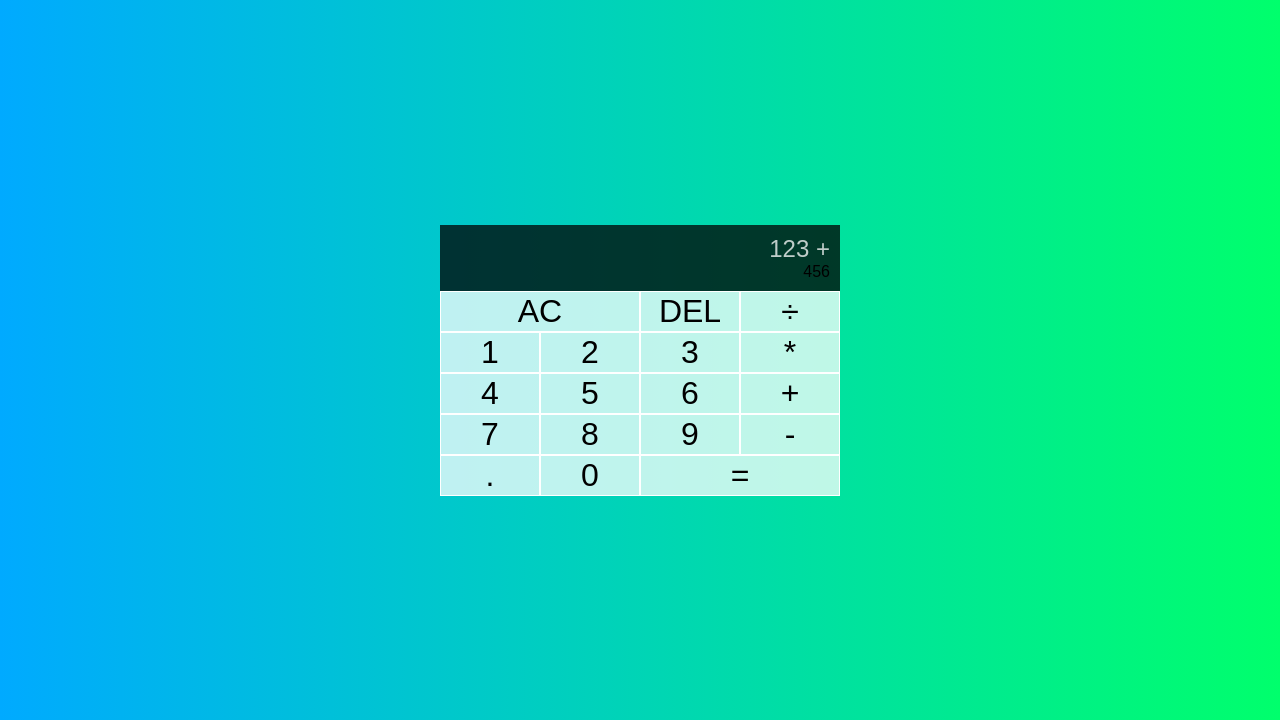
Repository: weazzyefff/Calculator-YT-Tutorial-
Page: index.html
These files come from the project's save history. The page is drawn as it stood at one moment and after the next save; the edit follows.
The browser window is 1280 px wide. The pictures show the whole page.

Above is the page before, as saved 2022-12-23 12:18:49.

After the next save:
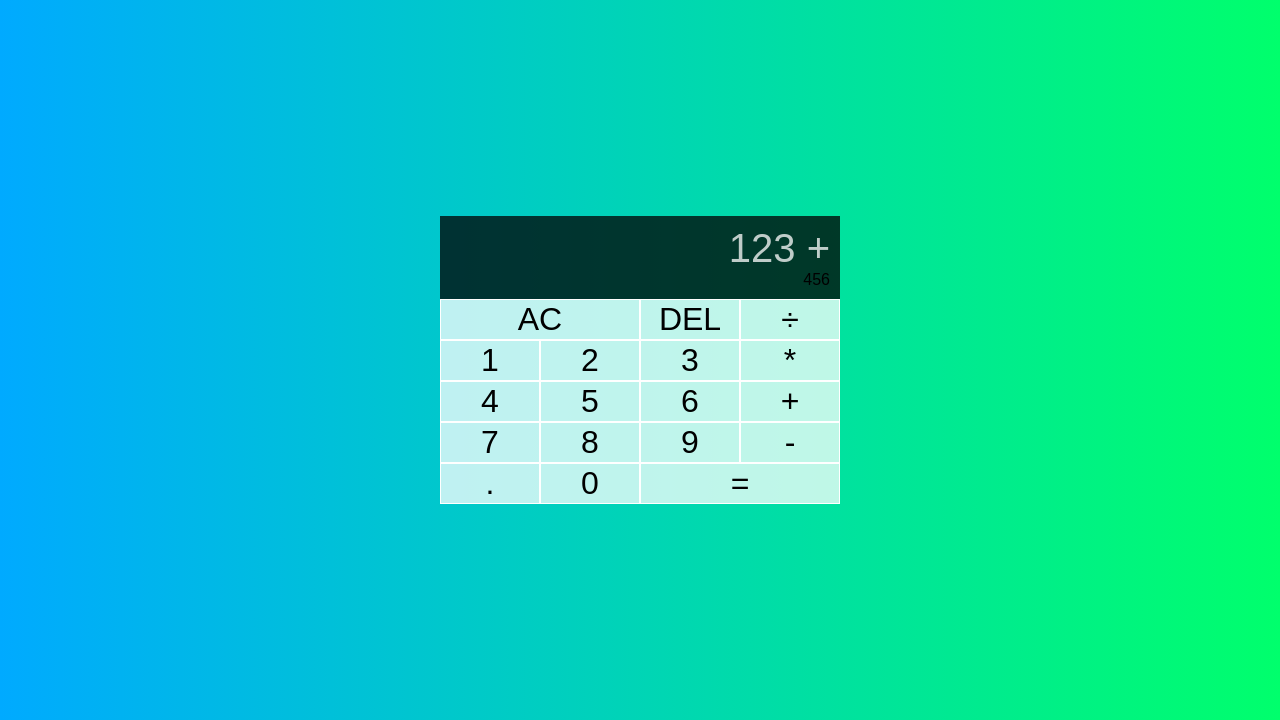
Saved 31 s later.
--- a/styles.css
+++ b/styles.css
@@ -51,3 +51,7 @@ body {
     color: rgba(255,255,255, .75);
     font-size: 1.5rem;
 }
+.output .previous-operand {
+    color: rgba(255,255,255, .75);
+    font-size: 2.5rem;
+}
